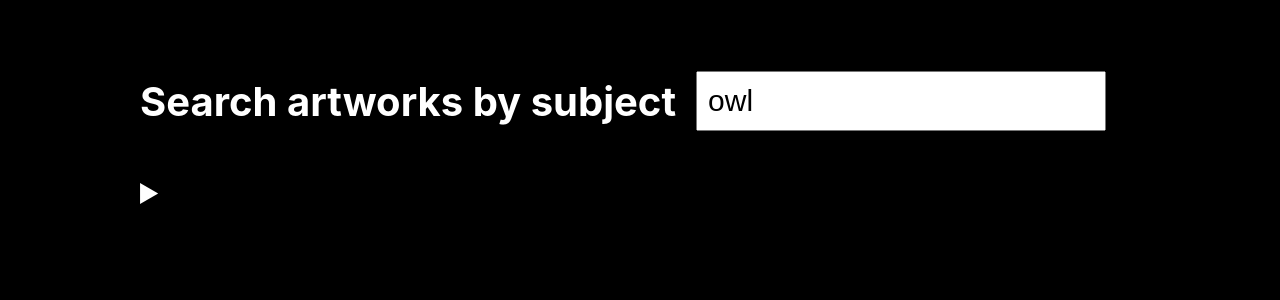
Repository: magiai/art-searcher
Page: /
These files come from the project's save history. The page is drawn as it stood at one moment and after the next save; the edit follows.
The browser window is 1280 px wide. The pictures show the whole page.
The page's requests for data from a server got no answer. The project was rebuilt for these pictures with package versions that can differ from the ones it lists, and the page was loaded fresh each time. No one was signed in, and anything a server would have sent is missing. Also part of the build but not shown: src/figureDisplay.js.

Above is the page before, as saved 2022-04-12 15:52:03.

### src/App.js
import React from "react";
import './App.css';
import SearchByWork from "./SearchByWord";

export default function App() {

    return (
        <React.Fragment>
          <div>
            <h1>Search artworks by subject</h1>
            <SearchByWork />
          </div>
        </React.Fragment>
    )
}

### src/App.css
* {
  box-sizing: border-box;
}

html {
  scroll-behavior: smooth;
}

body {
  background-color: black;
  color: white;
}

img {

}

#root {
  padding-top: 50px;
  padding-bottom: 50px;
  padding-right: 50px;
  padding-left: 50px;
  flex-direction: column;
}

#root, #root div {
  display: flex;
  flex-wrap: wrap;
  align-items: center;
}

h1, form {
  display: inline-block;
}

h1 {
  font-size: 40px;
}

form input {
  height: 60px;
  font-size: 30px;
  padding: 10px;
  margin-left: 20px;
}

h2 {
  display: inline-block;
  margin-block-start: 0;
  margin-block-end: 0;
}

.images__list {
  /* position: relative; */
}

figure {
  text-align: center;
  transition:all 0.2s ease;
}

figure:hover {
  /* position: absolute; */
  /* inset: 50%; */
}

figcaption {
  max-width: 300px;
  margin: auto;
}


img {
  transition:all 0.2s ease;
  margin: 5px;
  width: auto !important;
  max-width: 70vw;
  z-index: 1;
}

#root img:hover {
  outline: 1rem solid white;
  -webkit-transform:scale(2);
  /* transform: translate(50%); */
}

details {
  width: 100%;
}

details div {
   justify-content: center;

}

summary {
  padding: 20px 0;
}
summary::marker {
  font-size: 32px;
  /*color: white;*/
}

### src/SearchByWord.js
import React, { useState } from "react";
import ApiResults from "./ApiResults";

export default function SearchByWork() {

    const [searchedSubject, setSearchedSubject] = useState({});

    const watchTypedPhrase = ({ target }) => {
        const { name, value } = target;

        setSearchedSubject((prevSearchedSubject) => ({
            ...prevSearchedSubject,
            [name]: value
        }));
    };

    const submitPhrase = (event) => {
        event.preventDefault();
    };

    return (
        <React.Fragment>
            <form onSubmit = { submitPhrase }>
                <input type="search" name="subject" placeholder="owl" value={searchedSubject.subject || 'owl'} onChange={watchTypedPhrase}/>
            </form>
            <ApiResults searchedSubject={searchedSubject.subject} />
            {/* <ApiResults searchedSubject={'owl'} /> */}
        </React.Fragment>
    )
}

### src/ApiResults.js
import React from "react";
import UseFetch from "./fetchData";
import ArtworksList from "./ArtworksList";
// import SmithsonianArtworksList from "./SmithsonianArtworksList";
import { apiUrlInformationForInstitutons } from "./apiInformationForInstitutons";
// import ArtworkMetMuseum from "./MetMuseumObjectsList";

export default function ApiResults(props) {

  // let tryIt = {};
  // const [returnedArtworks, setReturnedArtworks] = useState({});

  // const updateResult = (tryIt = {}) => {
  //     const { value } = tryIt;

  //     setReturnedArtworks((prevArtworks) => ({
  //         ...prevArtworks,
  //         tryIt
  //     }));
  // };

  // console.log(returnedArtworks);

  // const submitPhrase = (event) => {
  //     event.preventDefault();
  // };

  const apiUrlInformationForInstitutonsArray = Object.values(apiUrlInformationForInstitutons);
  let artworks;

  for (let index = 0; index < apiUrlInformationForInstitutonsArray.length; index++) {

    const urlStart = apiUrlInformationForInstitutonsArray[index].urlStart;
    const urlEnd = apiUrlInformationForInstitutonsArray[index].urlEnd;
    const mainURL = urlStart + props.searchedSubject + urlEnd;
    const initialResponseName = apiUrlInformationForInstitutonsArray[index].responseName;
    const secondParameter = apiUrlInformationForInstitutonsArray[index].secondResponseParameter;

    if (secondParameter === null) {
      const initialData = UseFetch(mainURL, {[initialResponseName]: []});
      initialData !== undefined ? artworks = initialData[initialResponseName] : artworks = '';
      // console.log(artworks);
      // updateResult(artworks);
      // setReturnedArtworks(artworks);
    }

    else {
      const initialData = UseFetch(mainURL, {initialResponseName: {secondParameter: []}});
      const firstResponse = initialData[initialResponseName];

      if (firstResponse !== undefined) {
        artworks = initialData[initialResponseName][secondParameter];
        // setReturnedArtworks(artworks);
        // updateResult(artworks);
      }
    }
  }

  return (
    <ArtworksList
       artworks = { artworks }
   />
  )
}

### src/fetchData.js
import { useState, useEffect } from "react";
// export const breeds = {breedsData};

export default function UseFetch(url, defaultData) {
    const [data, updateData] = useState(defaultData);

    // NOTE! Don't pass url as an argument in the child method
    // this seems to break the React observable
    // also don't call the URL argument on useEffect either
    useEffect(() => {

      async function getDataFromAPI() {
        try {
            if (!url) {
                updateData(defaultData);
                return;
            }
            const response = await fetch(url);
            const json = await response.json();
            updateData(json);
        } catch(event) {
            console.log(event);
        }
    }

    getDataFromAPI();

    }, [url]);

    return data;
} // end useFetch

### src/ArtworksList.js
import React from "react";
import FigureDisplay from "./figureDisplay";
import { apiGeneralInformationForInstitutons } from "./apiInformationForInstitutons";
import MuseumSectionDisplay from "./MuseumSectionDisplay";

export default function ArtworksList(props) {

    const imagesList = [];
    let keyWordForSectionTitle,
        keyWordForImageTitle,
        keyWordForArtist,
        imageUrl,
        keyWordForIdentifier = '';
    let sectionTitle,
        imageTitle,
        artist,
        imagePath,
        identifier = '';
    let isOpen = false;
    let imageId = null;
    const apiGeneralInformationArray = Object.values(apiGeneralInformationForInstitutons);

    // console.log(apiGeneralInformationForInstitutons);

    keyWordForImageTitle = apiGeneralInformationArray[0].artworkTitle;
    keyWordForArtist = apiGeneralInformationArray[0].artist;
    imageUrl = apiGeneralInformationArray[0].imagesUrl;
    keyWordForIdentifier = apiGeneralInformationArray[0].identifier;
    keyWordForSectionTitle = apiGeneralInformationArray[0].sectionTitle;
    isOpen = apiGeneralInformationArray[0].isOpen;

    for (let index = 0; index < props.artworks.length; index++) {

      const artworks = props.artworks[index];

        if (artworks !== undefined) {

          imageTitle = artworks[keyWordForImageTitle];
          artist = artworks[keyWordForArtist];
          identifier = artworks[keyWordForIdentifier];

          if (identifier !== null) {
            imageId = props.artworks[index][`${identifier}`];
          }
          if (imageId !== null) {
            imagePath = `${imageUrl}${identifier}/full/843,/0/default.jpg`;
          } else {
            imagePath = imageUrl;
          }

          imagesList.push(
            <FigureDisplay
                key={index}
                imageSrc={imagePath}
                imageTitle={imageTitle === '' ? "Untitled" : imageTitle || ''}
                artist={artist === '_primaryMaker' ? artist.name : artist || ''}
                loading={props.isOpen === true && index< 7 ? "eager" : "lazy"}
            />
          );
        }
      }

      return (
        <MuseumSectionDisplay
          museumName={sectionTitle}
          images={imagesList}
          isOpen={isOpen}
        />
    )
}

### src/apiInformationForInstitutons.js
export const apiUrlInformationForInstitutons = {

  smithsonians: {
    'urlStart': 'https://api.si.edu/openaccess/api/v1.0/category/art_design/search?q=',
    'urlEnd': '&api_key=h4EFHdtQ2Buaa56YASGozM68gzw1NFka61spYM44&rows=100',
    'responseName': 'response',
    'secondResponseParameter': 'rows',
  },

  artInstituteOfChicago: {
    'urlStart': 'https://api.artic.edu/api/v1/artworks/search?q=',
    'urlEnd': '&limit=70&fields=id,title,image_id,color,artist_title',
    'responseName': 'data',
    'secondResponseParameter': null,
  },

//   albertAndVictoriaMuseum: {
//     'urlStart': 'https://api.vam.ac.uk/v2/objects/search?q=$',
//     'urlEnd': '',
//     'responseName': 'records',
//     'secondResponseParameter': null,
//   }

    // const smithsonianInstitutionHistoryCultureURL = `https://api.si.edu/openaccess/api/v1.0/category/history_culture/search?q=${props.searchedSubject}&api_key=h4EFHdtQ2Buaa56YASGozM68gzw1NFka61spYM44&rows=20`;
    // const initialDataSmithsonianInstitutionHistoryCulture = UseFetch(smithsonianInstitutionHistoryCultureURL, {response: {rows: []}});
    // const artworksDataSmithsonianInstitutionHistoryCulture = initialDataSmithsonianInstitutionHistoryCulture.response.rows;


    // const bookCoversURL = `https://covers.openlibrary.org/b/isbn/cat-m.jpg`;
    // console.log(bookCoversURL);

    // const metmuseumURL = `https://collectionapi.metmuseum.org/public/collection/v1/search?&q=${searchedSubject.subject}?tags=true`;
    // const initialDataMetMuseum = UseFetch(metmuseumURL, {objectIDs:[]}); // make sure passing an empty array to default data if it fails
    // const artworksDataMetMuseum = initialDataMetMuseum.objectIDs;
    // const artworkMetMuseumIds = artworksDataMetMuseum.map((artId, index) => (
    //     {artId}
    // ));
}

export const apiGeneralInformationForInstitutons = {

  smithsonians: {
    'identifier': null,
    'artworkTitle': 'title',
    'artist': "content.freetext.name ? props.artworks[index].content.freetext.name[0].content : 'Unknown'",
    'imagesUrl': "content.descriptiveNonRepeating.online_media.media[0].content + '_screen'",
    'sectionTitle': 'Smithsonian Institute - Art Design',
    'isOpen': false
  },

  artInstituteOfChicago: {
    'identifier': 'image_id',
    'artworkTitle': 'title',
    'artist': 'artist_title',
    'imagesUrl': 'https://www.artic.edu/iiif/2/',
    'sectionTitle': 'Art Institute of Chicago',
    'isOpen': false
  },

//   albertAndVictoriaMuseum: {
//     'identifier': '_primaryImageId',
//     'artworkTitle': 'title',
//     'artist': '_primaryMaker',
//     'imagesUrl': 'https://framemark.vam.ac.uk/collections/',
//     'sectionTitle': 'Albert and Victoria Museum',
//     'isOpen': true
//   }

}

### src/MuseumSectionDisplay.js
import React from "react";

export default function MuseumSectionDisplay(props) {

    return (
        <details open={props.isOpen}>
            <summary><h2>{props.museumName}</h2></summary>
            <div className="images__list">
                {props.images}
            </div>
        </details>
    )
}

Loaded but not shown: public/index.html (common file); src/index.js (common file); src/index.css (common file); src/reportWebVitals.js (common file)

After the next save:
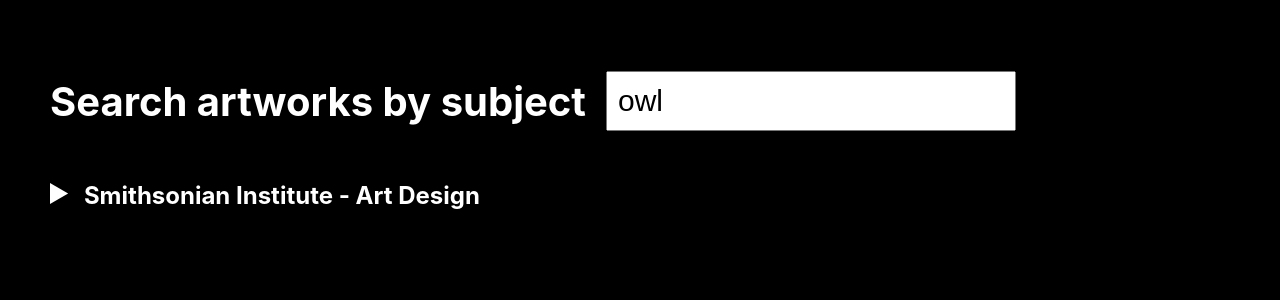
Saved 3 min 36 s later.
--- a/src/ArtworksList.js
+++ b/src/ArtworksList.js
@@ -6,13 +6,12 @@ import MuseumSectionDisplay from "./MuseumSectionDisplay";
 export default function ArtworksList(props) {
 
     const imagesList = [];
-    let keyWordForSectionTitle,
+    let sectionTitle,
         keyWordForImageTitle,
         keyWordForArtist,
         imageUrl,
         keyWordForIdentifier = '';
-    let sectionTitle,
-        imageTitle,
+    let imageTitle,
         artist,
         imagePath,
         identifier = '';
@@ -26,7 +25,7 @@ export default function ArtworksList(props) {
     keyWordForArtist = apiGeneralInformationArray[0].artist;
     imageUrl = apiGeneralInformationArray[0].imagesUrl;
     keyWordForIdentifier = apiGeneralInformationArray[0].identifier;
-    keyWordForSectionTitle = apiGeneralInformationArray[0].sectionTitle;
+    sectionTitle = apiGeneralInformationArray[0].sectionTitle;
     isOpen = apiGeneralInformationArray[0].isOpen;
 
     for (let index = 0; index < props.artworks.length; index++) {
